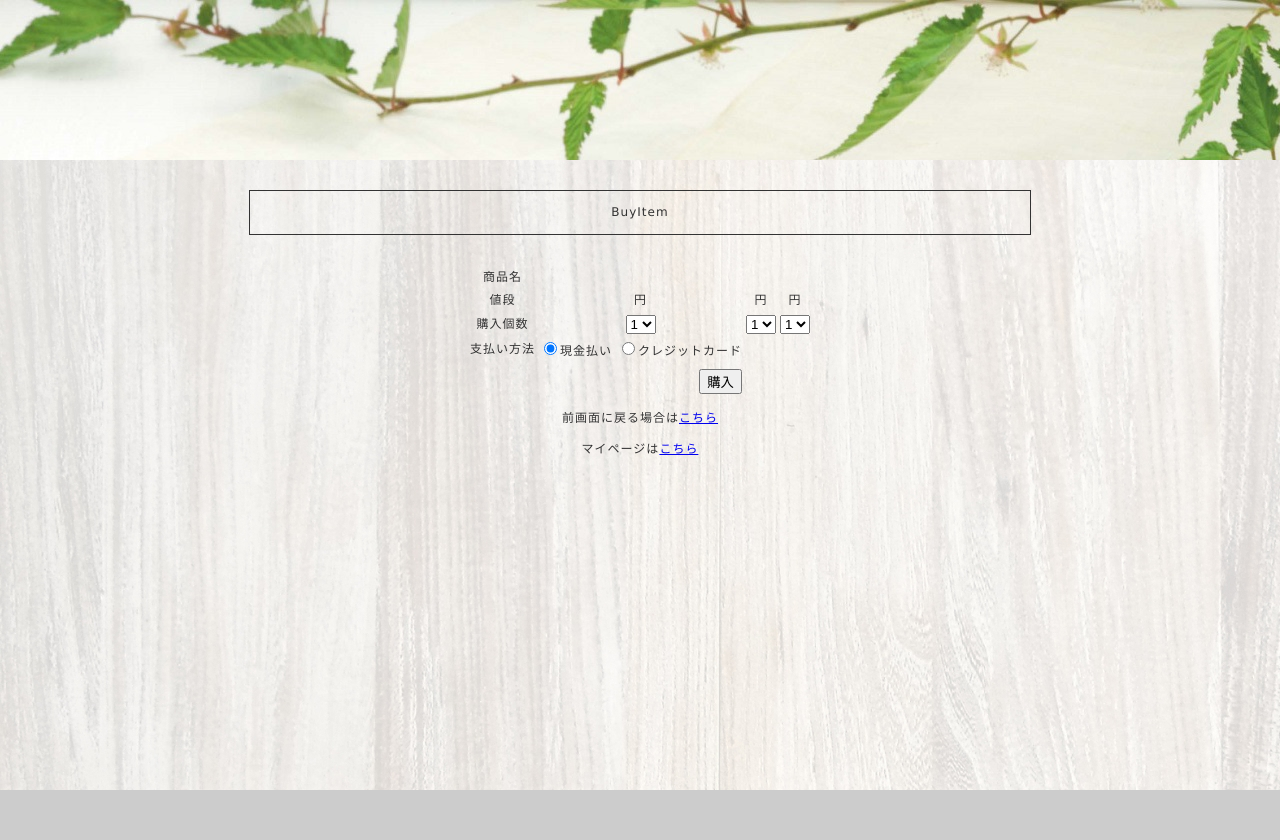
Repository: hiranatsu/ECtest
Page: http://localhost/myecsite01/buyItem.jsp
The author's editor kept a copy of each file at every save. The page is drawn from the files as they stood at one save, then again after the next save.
The browser window is 1280 px wide. The pictures show the whole page.
The page is served by Tomcat 9.

Above is the page before, as saved 2018-09-19 05:05:35.

After the next save:
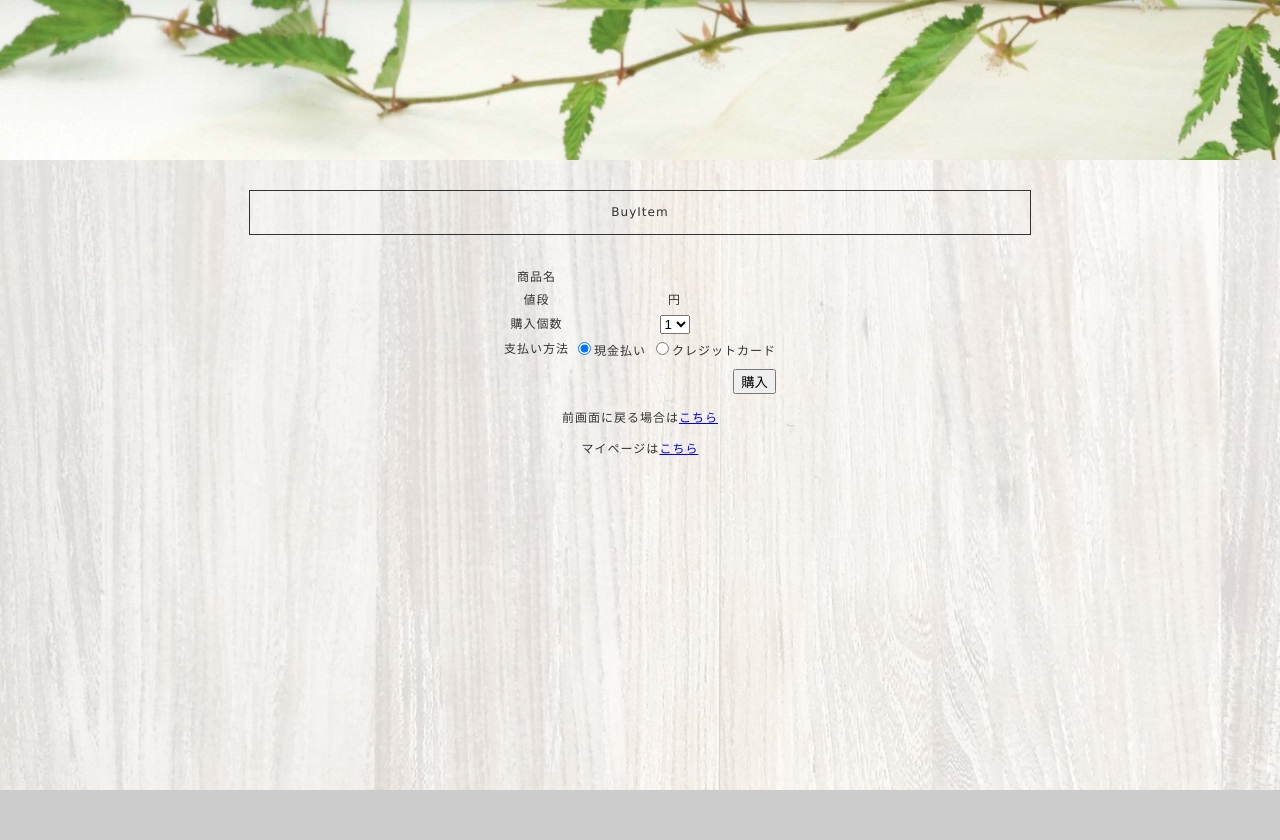
Saved 8 min 13 s later.
--- a/myecsite01/WebContent/buyItem.jsp
+++ b/myecsite01/WebContent/buyItem.jsp
@@ -72,35 +72,13 @@
 				<tr>
 					<td><span>商品名</span></td>
 					<td><s:property value="session.buyItem_name"/><br></td>
-					<td><s:property value="session.buyItem_name"/><br></td>
-					<td><s:property value="session.buyItem_name"/><br></td>
 				</tr>
 				<tr>
 					<td><span>値段</span></td>
 					<td><s:property value="session.buyItem_price"/><span>円</span></td>
-					<td><s:property value="session.buyItem_price"/><span>円</span></td>
-					<td><s:property value="session.buyItem_price"/><span>円</span></td>
 				</tr>
 				<tr>
 					<td><span>購入個数</span></td>
-					<td>
-						<select name="count">
-							<option value="1" selected="selected">1</option>
-							<option value="2">2</option>
-							<option value="3">3</option>
-							<option value="4">4</option>
-							<option value="5">5</option>
-						</select>
-					</td>
-					<td>
-						<select name="count">
-							<option value="1" selected="selected">1</option>
-							<option value="2">2</option>
-							<option value="3">3</option>
-							<option value="4">4</option>
-							<option value="5">5</option>
-						</select>
-					</td>
 					<td>
 						<select name="count">
 							<option value="1" selected="selected">1</option>
